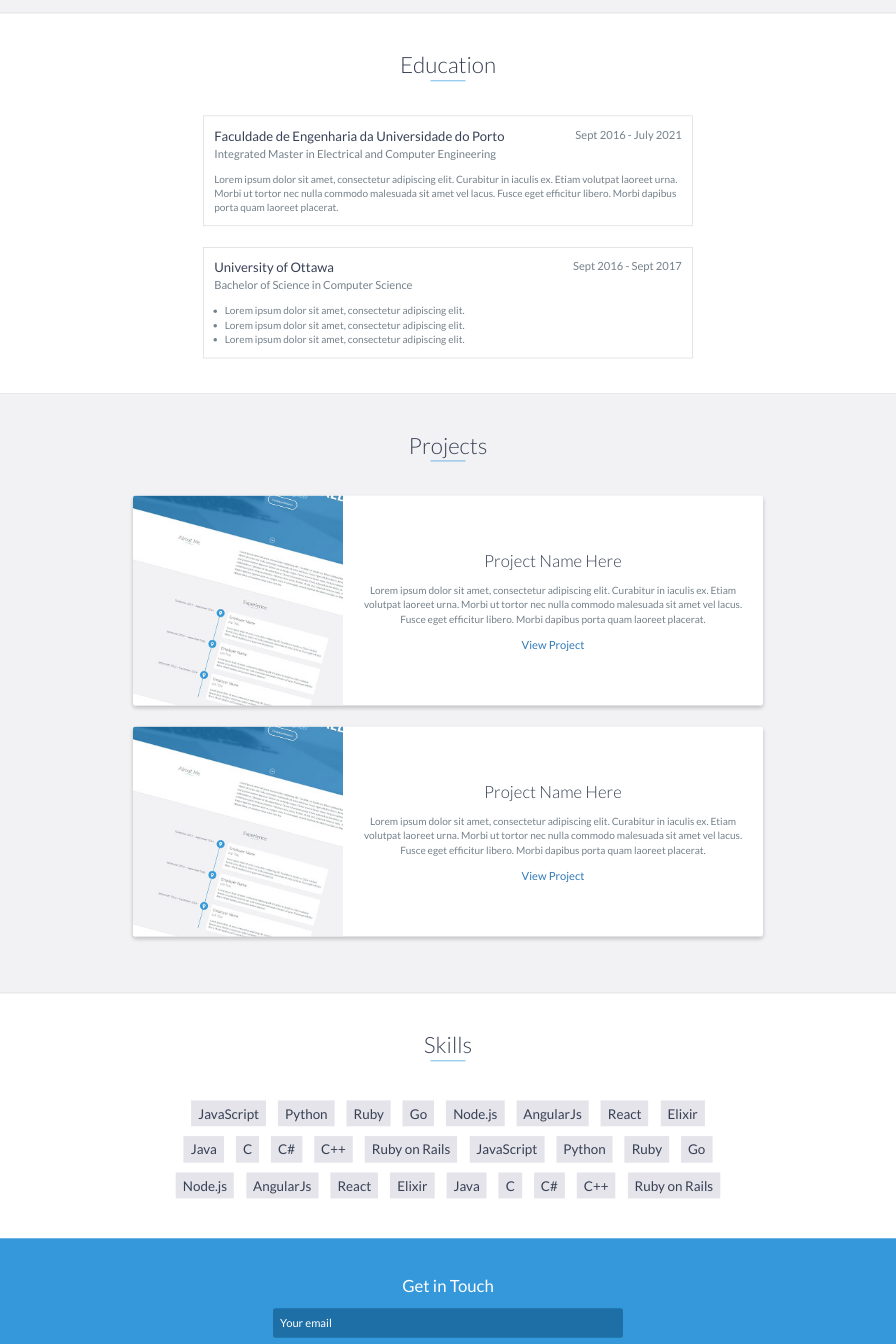
Repository: josegneto/josegneto.github.io
Page: index.html
The author's editor kept a copy of each file at every save. The page is drawn from the files as they stood at one save, then again after the next save.
The browser window is 1280 px wide. The pictures show the part of the page from y = 1800 to 3720 px (the page is 4118 px tall before and 4097 px after), at 70% of full size.

Above is the page before, as saved 2021-11-30 11:24:07.

After the next save:
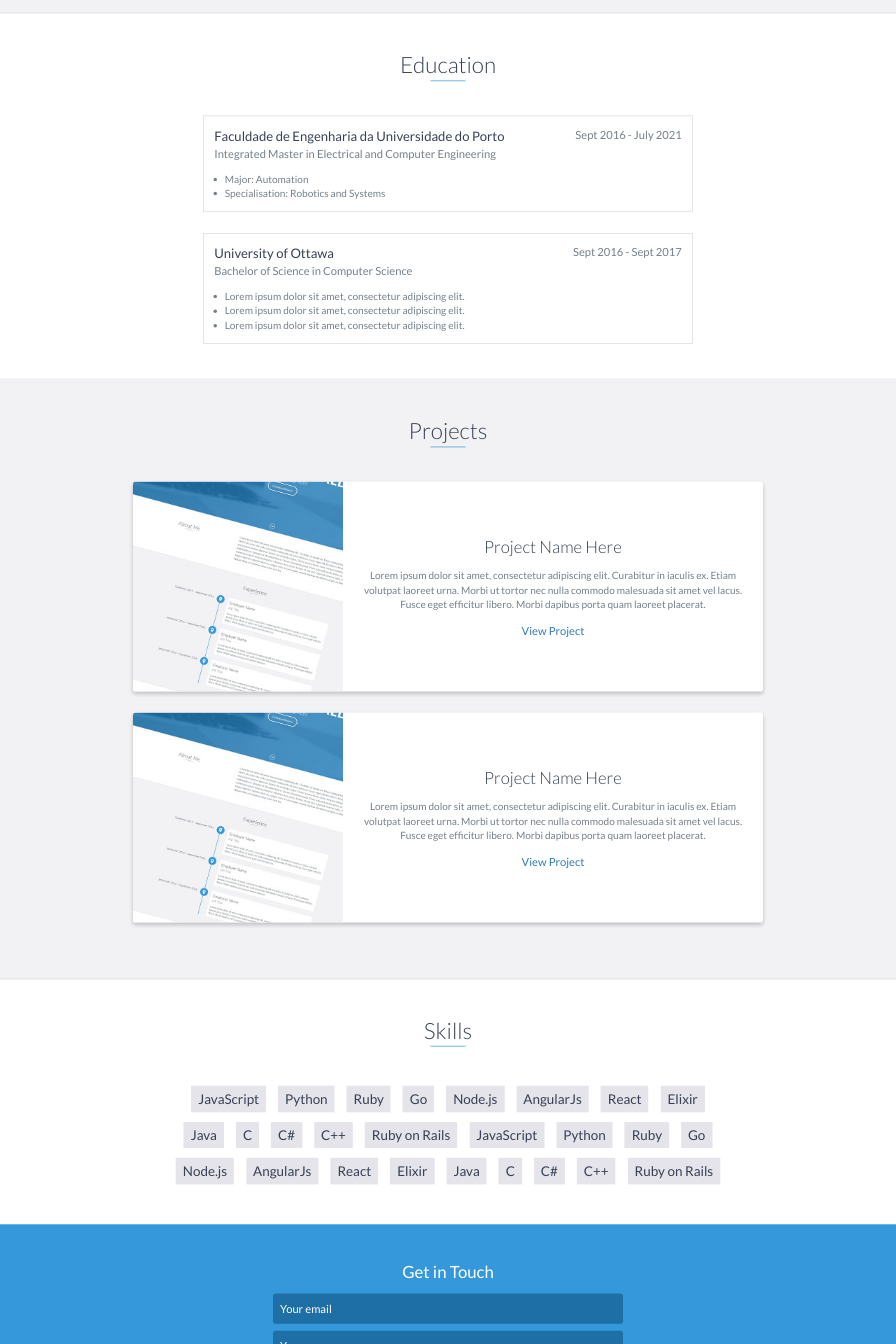
Saved 26 s later.
--- a/index.html
+++ b/index.html
@@ -118,9 +118,14 @@
             <h3>Faculdade de Engenharia da Universidade do Porto</h3>
             <span class="education-date">Sept 2016 - July 2021</span>
             <h4>Integrated Master in Electrical and Computer Engineering</h4>
-            <p>
-                Lorem ipsum dolor sit amet, consectetur adipiscing elit. Curabitur in iaculis ex. Etiam volutpat laoreet urna. Morbi ut tortor nec nulla commodo malesuada sit amet vel lacus. Fusce eget efficitur libero. Morbi dapibus porta quam laoreet placerat.
-            </p>
+            <ul>
+                <li>
+                    Major: Automation
+                </li>
+                <li>
+                    Specialisation: Robotics and Systems
+                </li>
+            </ul>
         </div>
         <!-- End .education-block -->
 
